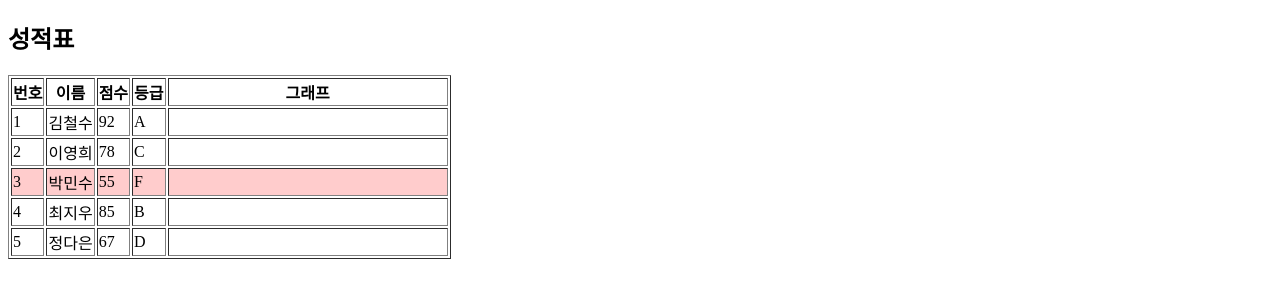
Repository: lhk21go-commits/Jsp2026
Page: http://localhost/chapter01/example_score.jsp
These files come from the project's save history. The page is drawn as it stood at one moment and after the next save; the edit follows.
The browser window is 1280 px wide. The pictures show the whole page.
The page is served by Tomcat 9.

Above is the page before, as saved 2026-10-16 05:56:46.

After the next save:
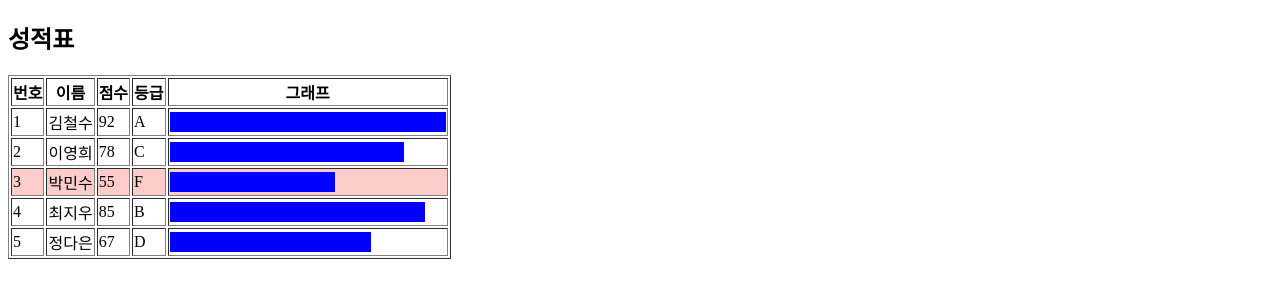
Saved 2 min 33 s later.
--- a/chapter01/src/main/webapp/example_score.jsp
+++ b/chapter01/src/main/webapp/example_score.jsp
@@ -43,7 +43,7 @@
 			<td><%=scores[i] %></td>
 			<td><%=getGrade(scores[i])%></td>
 			<td>
-				<div style="width:<%= scores[i]*3 %>px; height:20px; background-color:#blue"></div>
+				<div style="width:<%= scores[i]*3 %>px; height:20px; background-color:blue"></div>
 			</td>
 		</tr>
 		<% } %>
